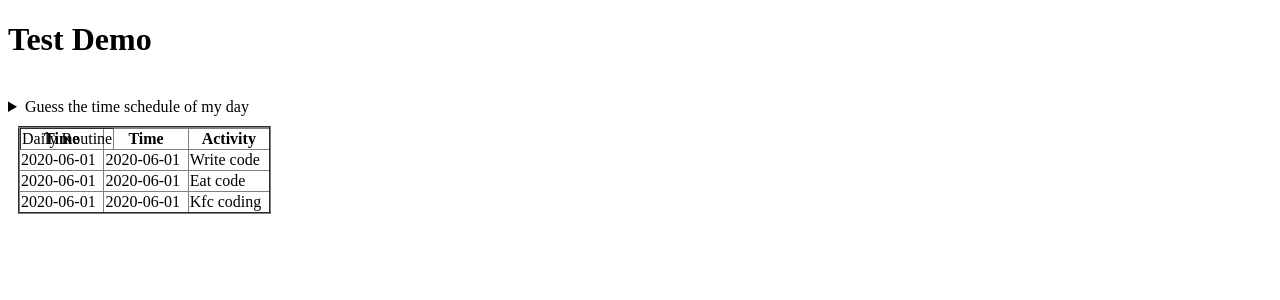
Repository: cavidk/taco_shop-web
Page: html basics/index.html
These files come from the project's save history. The page is drawn as it stood at one moment and after the next save; the edit follows.
The browser window is 1280 px wide. The pictures show the whole page.

Above is the page before, as saved 2024-06-07 16:18:57.

After the next save:
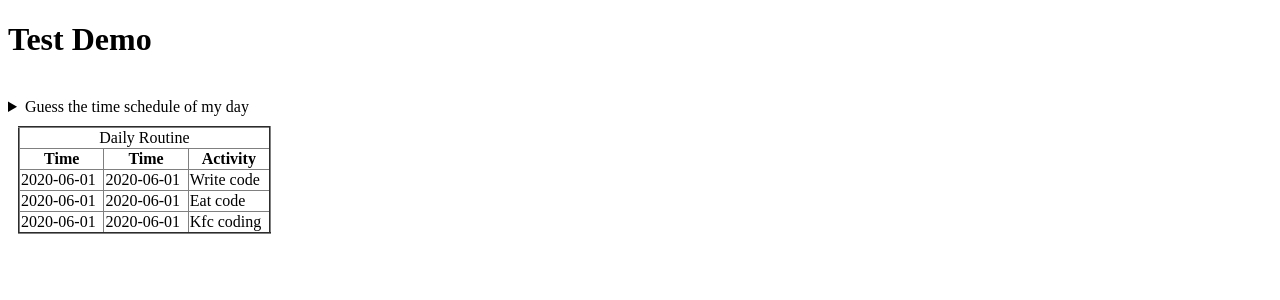
Saved 13 s later.
--- a/html basics/style.css
+++ b/html basics/style.css
@@ -8,5 +8,5 @@ table{
 
 #head1{
 
-    position: fixed;
+    text-align: center;
 }
